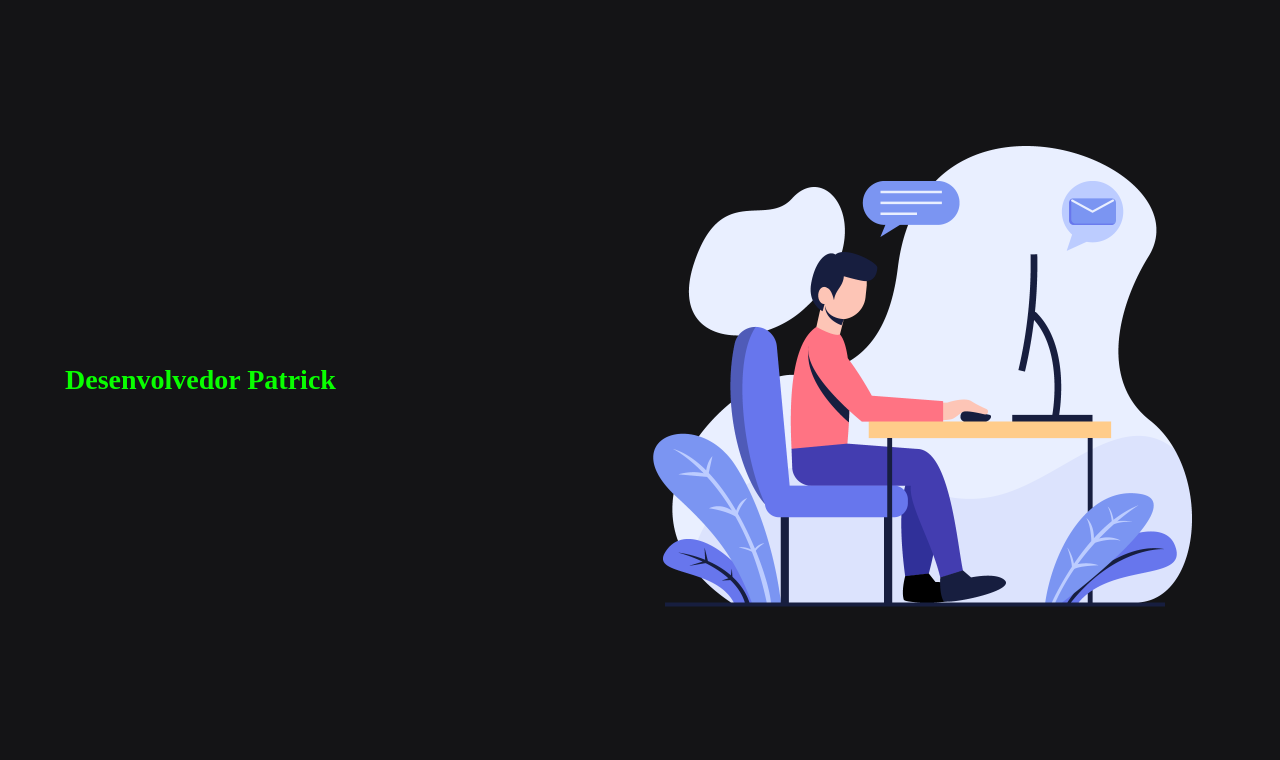
Repository: PatrickAlmeida007/aula1811
Page: index.html
An editor plug-in stored every save of this project. The page is shown before and after the next save, followed by the edit.
The browser window is 1280 px wide. The pictures show the whole page.

Above is the page before, as saved 2023-11-18 15:29:32.

After the next save:
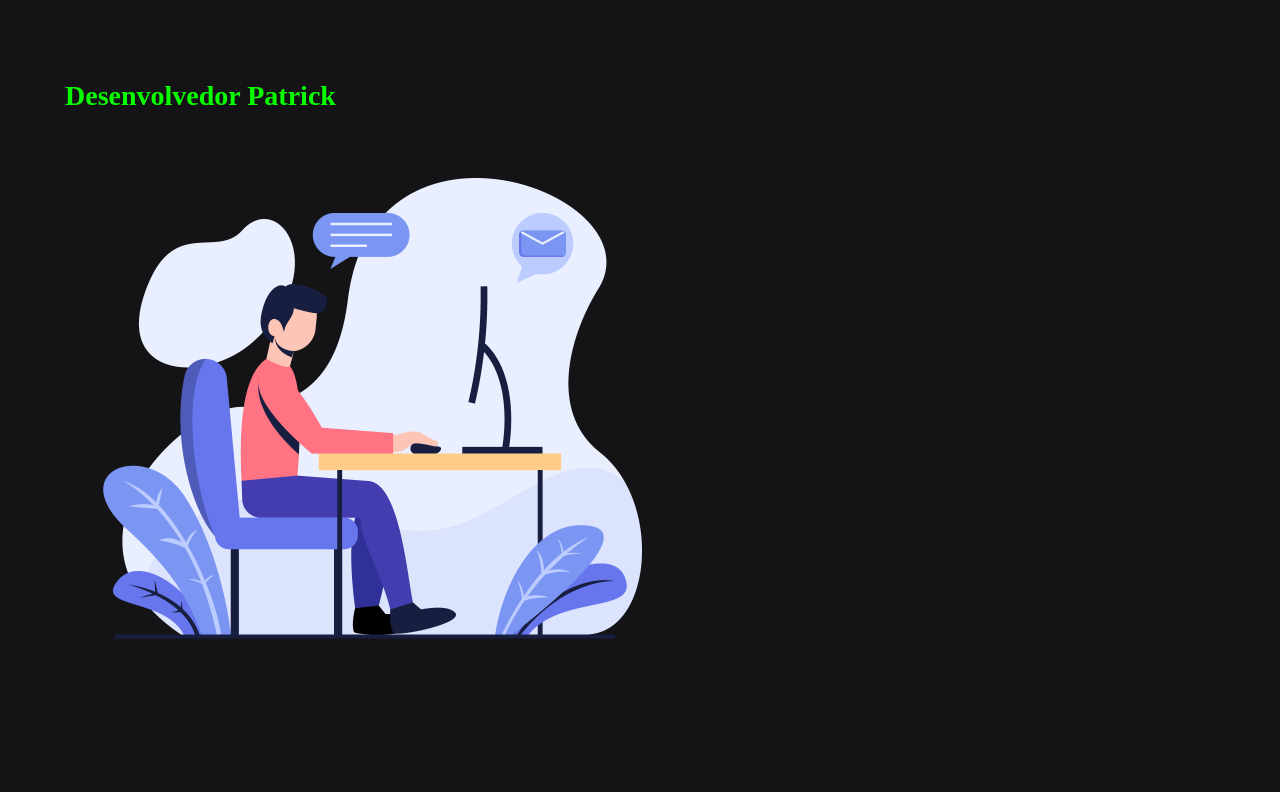
Saved 11 s later.
--- a/index.html
+++ b/index.html
@@ -15,6 +15,7 @@
                     <h1 class="sobre__titulo sobre__titulo--verde">
                         Desenvolvedor Patrick
                     </h1>
+                    <p
                     </div>
                     <div class="sobre__imagem">
                         <img src="./imagens/campiuter gai.png" alt="computer-guy">

After the 3 saves that followed:
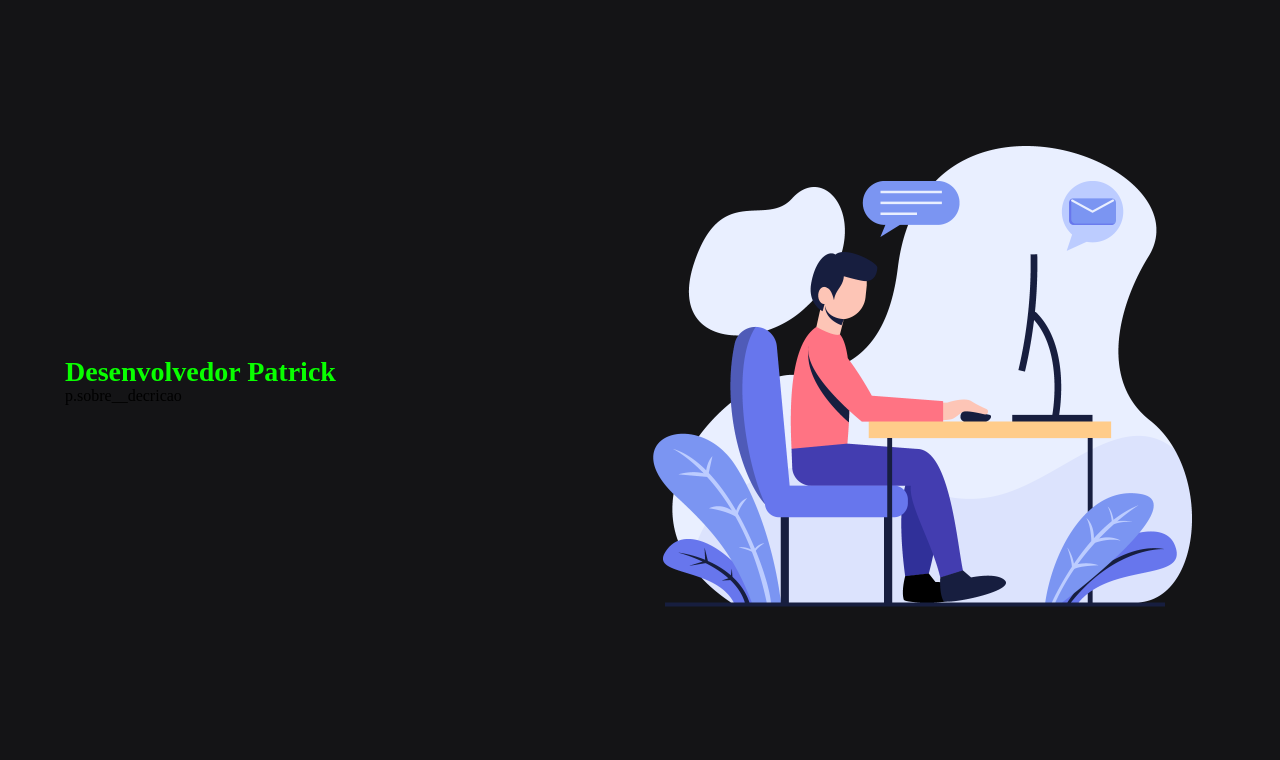
The 3 saves are shown as one change because they came seconds apart.
The last was saved 13 s later.
--- a/index.html
+++ b/index.html
@@ -15,7 +15,7 @@
                     <h1 class="sobre__titulo sobre__titulo--verde">
                         Desenvolvedor Patrick
                     </h1>
-                    <p
+                    p.sobre__decricao
                     </div>
                     <div class="sobre__imagem">
                         <img src="./imagens/campiuter gai.png" alt="computer-guy">
